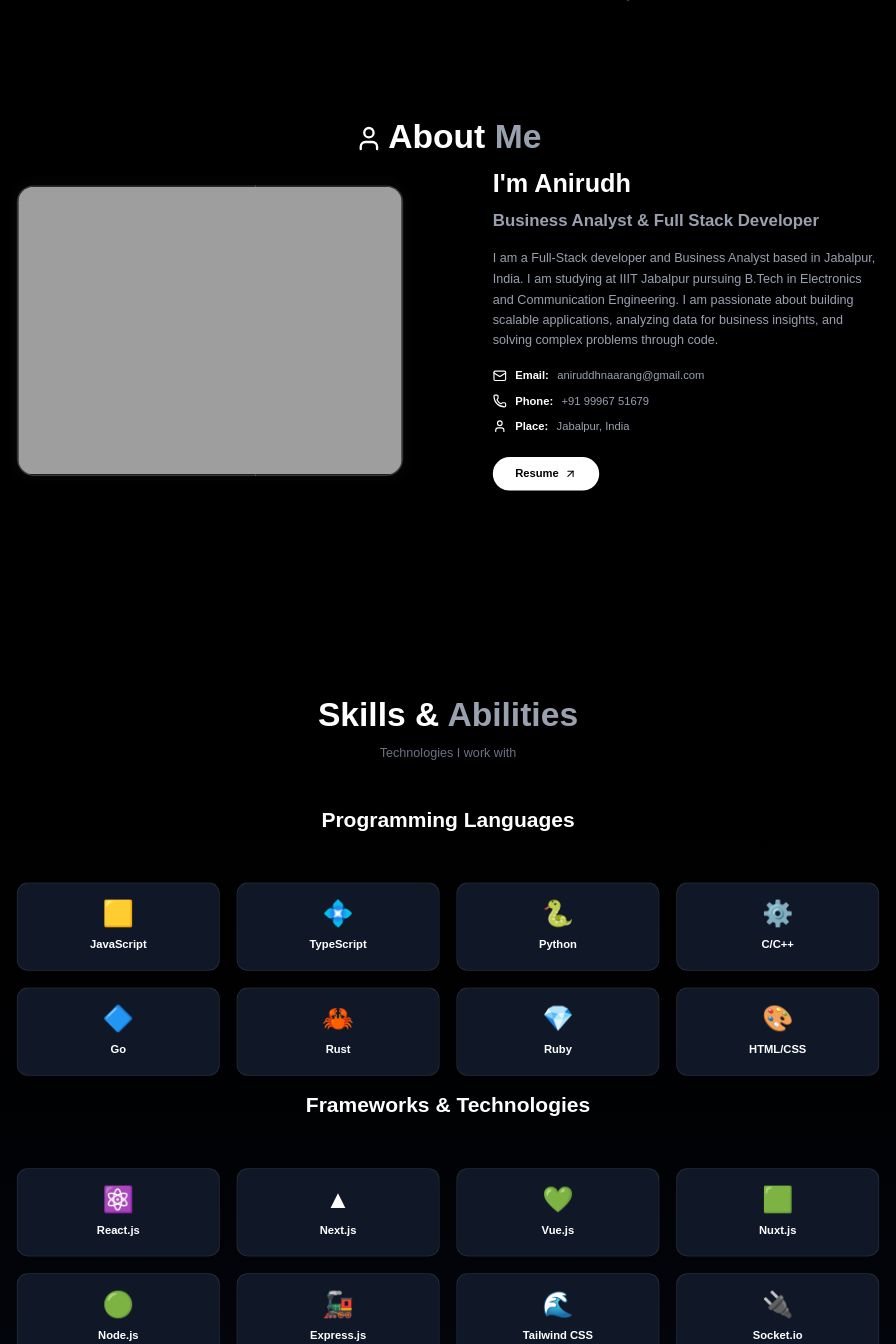
Repository: blazethunderstorm/personal
Page: /
An editor plug-in stored every save of this project. The page is shown before and after the next save, followed by the edit.
The browser window is 1280 px wide. The pictures show the part of the page from y = 717 to 2637 px (the page is 4912 px tall before and 4883 px after), at 70% of full size.
Pictures or frames that could not be fetched are drawn as grey boxes. The page's requests for data from a server got no answer. The project was rebuilt for these pictures with package versions that can differ from the ones it lists, and the page was loaded fresh each time. The framework's server and built-in components were replaced by stand-ins that run in the browser. No one was signed in, and anything a server would have sent is missing. Also part of the build but not shown: next.config.ts.

Above is the page before, as saved 2025-12-19 02:09:26.

After the next save:
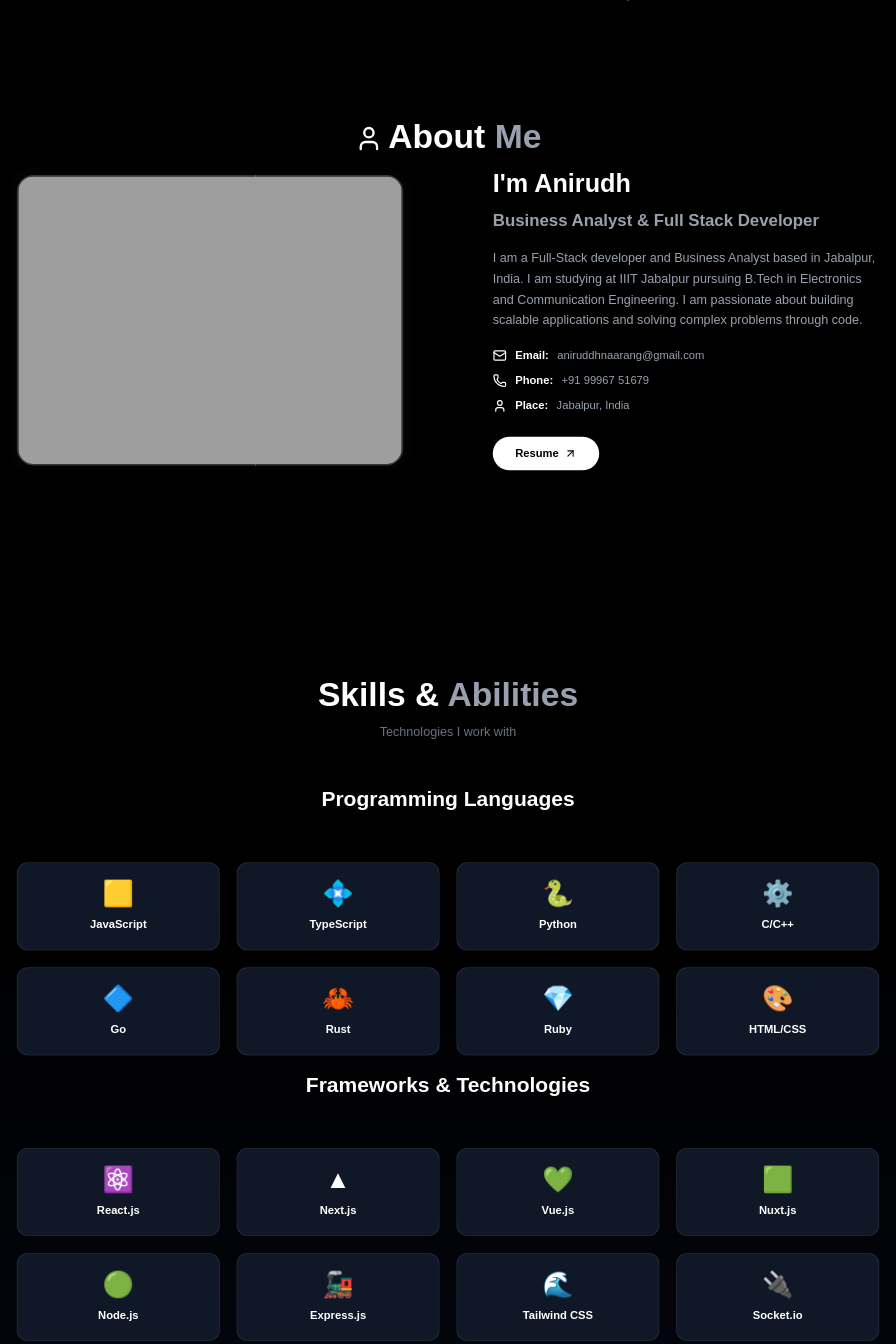
Saved 32 s later.
--- a/app/page.tsx
+++ b/app/page.tsx
@@ -294,7 +294,7 @@
               <h3 className="text-4xl font-bold mb-4 text-white">I'm Anirudh</h3>
               <p className="text-2xl text-gray-400 font-semibold mb-6">Business Analyst & Full Stack Developer</p>
               <p className="text-gray-400 leading-relaxed mb-6 text-lg">
-                I am a Full-Stack developer and Business Analyst based in Jabalpur, India. I am studying at IIIT Jabalpur pursuing B.Tech in Electronics and Communication Engineering. I am passionate about building scalable applications, analyzing data for business insights, and solving complex problems through code.
+                I am a Full-Stack developer and Business Analyst based in Jabalpur, India. I am studying at IIIT Jabalpur pursuing B.Tech in Electronics and Communication Engineering. I am passionate about building scalable applications and solving complex problems through code.
               </p>
               <div className="space-y-3 text-gray-400 mb-8">
                 <p className="flex items-center gap-3">
